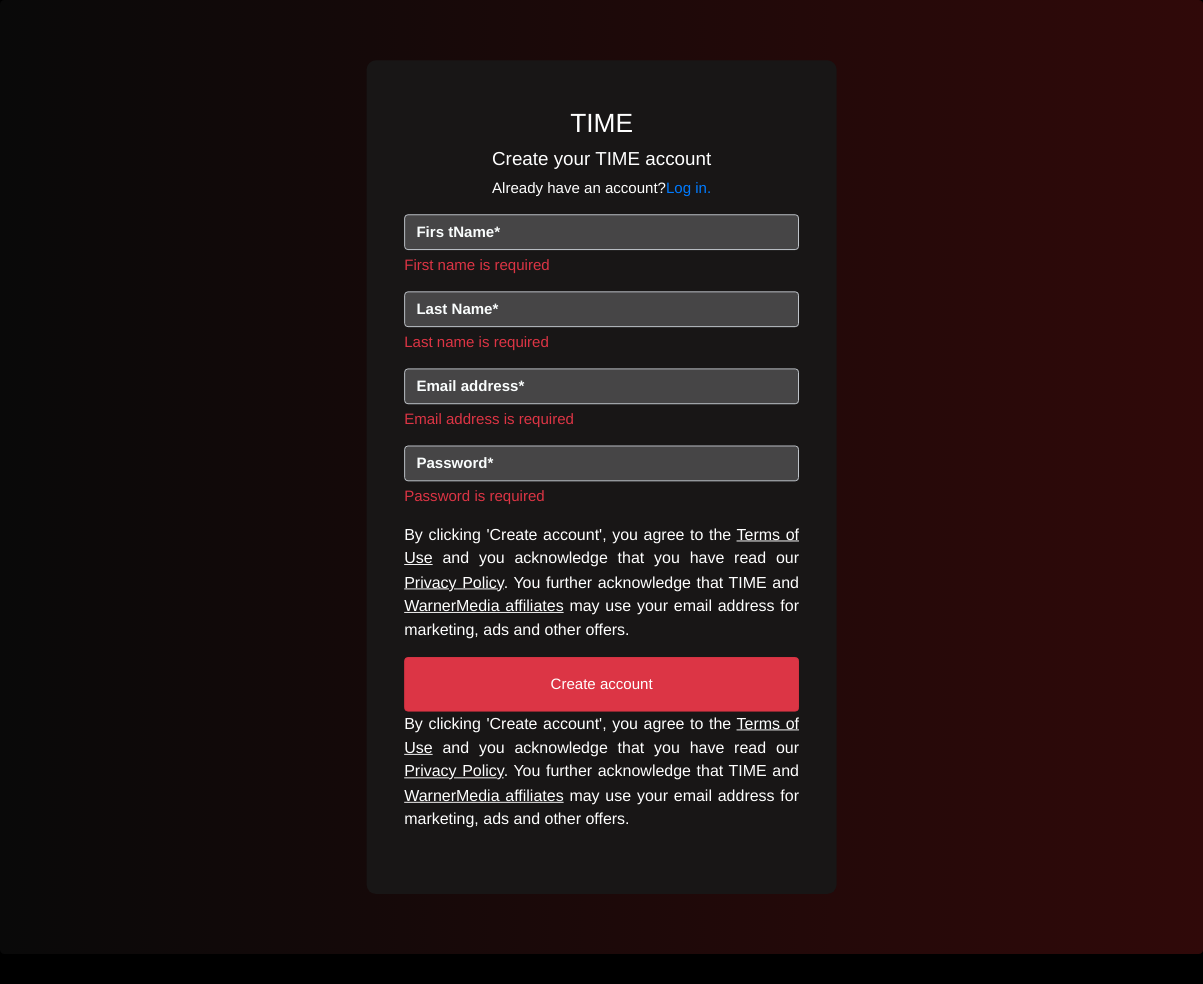
Repository: Vu14082002/WebTinTuc
Page: html/SignUp.html
An editor plug-in stored every save of this project. The page is shown before and after the next save, followed by the edit.
The browser window is 1280 px wide. The pictures show the whole page, at 94% of full size.
Some web libraries are served in a nearby version.

Above is the page before, as saved 2022-04-09 14:19:49.

### html/SignUp.html
<!DOCTYPE html>
<html lang="en">
<head>
    <meta charset="UTF-8">
    <meta http-equiv="X-UA-Compatible" content="IE=edge">
    <meta name="viewport" content="width=device-width, initial-scale=1.0">
    <title>Create a TIME account | TIME</title>
    <link
    rel="stylesheet"
    href="https://pro.fontawesome.com/releases/v5.10.0/css/all.css"
    integrity="sha384-AYmEC3Yw5cVb3ZcuHtOA93w35dYTsvhLPVnYs9eStHfGJvOvKxVfELGroGkvsg+p"
    crossorigin="anonymous"
  />
    <script src="../bootstrap-4/js/jquery-3.6.0.min.js"></script>
    <script src="../bootstrap-4/js/bootstrap.min.js"></script>
    <link rel="stylesheet" href="../bootstrap-4/css/bootstrap.min.css">
    <link rel="stylesheet" href="../css/index_Footer.css">
    <link rel="stylesheet" href="../css/init.css">
    <link rel="stylesheet" href="../css/index_Header.css">
    <link rel="stylesheet" href="../css/login.css">
    <link rel="stylesheet" href="../css/login.css">
    <link rel="icon" href="../Image/logo.png" type="image/gif" sizes="16x16">
</head>
<body>
    <div class="container-fluid jumbotron">
        <div class="box text-center">
            <h3>TIME</h3>
            <h5>Create your TIME account</h5>
            <p>Already have an account?<a href="../html/login.html">Log in.</a></p>
            <div class="form-group ">
                <input type="text" id="FirstName" placeholder="Firs tName*  " class="form-control  text-light "  required >
                <p class="text-left mt-1">
                    <span id="checkEmail"  class="checkLogin text-left text-right mb-2 text-danger" >First name is required</span>
                </p>
                <input type="text" id="LasttName" placeholder="Last Name* " class="form-control  text-light "  required >
                <p class="text-left mt-1">
                    <span id="checkEmail"  class="checkLogin text-left text-right mb-2 text-danger" >Last name is required</span>
                </p>
                <input type="text" id="email" placeholder="Email address* " onchange="checkPass()" class="form-control  text-light "  required >
                <p class="text-left mt-1">
                    <span id="checkEmail"  class="checkLogin text-left text-right mb-2 text-danger" >Email address is required <span>
                </p>
                <input type="password" id="pass"  placeholder="Password*" class="form-control text-light"  required>
                <p class="text-left mt-1">
                    <span id="checkEmail"  class="checkLogin text-left text-right mb-2 text-danger" >Password is required <span>
                </p>
                <p class=" text-justify">
                    By clicking 'Create account', you agree to the <a  class="theA" href="../html/TermsOfuse.html">Terms of Use</a> and you acknowledge that you have read our
                    <a  class="theA" href="https://www.warnermediaprivacy.com/policycenter/b2c/affiliateslist/">Privacy Policy</a>. You further acknowledge that TIME and <a  class="theA" href="../html/TermsOfuse.html">WarnerMedia affiliates</a> may use your email address for marketing,
                    ads and other offers.
                </p>
                <a href="../html/login.html"><button type="button" class="btn btn-danger w-100 p-3">Create account</button>  </a>
                <p class=" text-justify">
                    By clicking 'Create account', you agree to the <a  class="theA" href="../html/TermsOfuse.html">Terms of Use</a> and you acknowledge that you have read our
                    <a  class="theA" href="https://www.warnermediaprivacy.com/policycenter/b2c/affiliateslist/">Privacy Policy</a>. You further acknowledge that TIME and <a  class="theA" href="../html/TermsOfuse.html">WarnerMedia affiliates</a> may use your email address for marketing,
                    ads and other offers.
                </p>
            </div>

        </div>

    </div>
</body>
</html>

### css/index_Footer.css
footer {
    width: 100%;
    background-color: black;
}
.main{
    width: 85%;
    margin: 0 auto;
}
.main__top__search {
    padding-top: 60px;
    width: 100%;
}
.main__top__search >input {
    width: 100%;
    height: 35px;
    padding: 0 8px;
    border-radius: 3px ;
    outline: none;
}
.main__top__search1{
    display: flex;
    flex-direction: row-reverse;
    margin-top: -25px;
    margin-right: 10px;
    font-weight: bold;
    color: rgba(103, 85, 76,1);
    cursor: pointer;
}
.main__mid{
    margin: 35px 0px;
    margin-bottom: 40px;
}
.main__mid {
    display: flex;
    flex-wrap: wrap;
}
.main__mid > div {
    width: calc(100%/7);
    font-size: 14px;
    color: white;
    margin-bottom: 20px;

}
.main__mid > div  a {
    color: rgb(230 230 230);
    display: inline-block;
    margin-bottom: 8px;
}
.main__mid > div  > a {
    font-size: 16px;
    font-weight: 700;
    transition: 0.3s;
}
.main__mid > div  a:hover {
    text-decoration: underline;
    color: white;
}
.main__bottom {
    border-top: 1px solid rgb(230, 230, 230);
    display: flex;
    flex-direction: row-reverse;
    padding: 40px 0px;
}
.main__bottom > div > a, .main__bottom > div{
    width: 3%;
    max-width: 15%;
    margin: 5px;
    font-size: 25px;
    color: rgb(230, 230, 230)
}
.main__bottom > div >a :hover{
    color: white;
}
.main__bottom > div:last-child{
    font-weight: bold;
    font-size: 20px;
    text-align: center;
    width: 20%;
    margin-right: 10px;
    border-right: 1px solid rgb(230, 230, 230) ;
}

### css/init.css
* {
    font-family: Helvetica, Helvetica, Arial, sans-serif;
    box-sizing: border-box;
    list-style-type: none;
    margin: 0;
    padding: 0;
    text-decoration:  none;
  }

### css/index_Header.css
/* HEADER */
header{
    position: sticky; top: 0;
}
.gif {
  background-color: #262626;
  width: 100%;
  height: 300px;
  padding: 25px;
  text-align: center;
  margin-top: 0px;

}
 .gif > img {
    display: inline-block;
    margin: 0 auto;
}
header > section {
  border-bottom: 1px solid rgb(230 230 230);

  width: 100%;
  background-color: #0c0c0c;
  display: flex;
  height: 56px;
}
header > section > nav {
    display: flex;
    /* border-bottom: 1px solid white; */
    width: 85%;
    margin:0  auto ;

}
header > section > nav > ul:first-child{
    width: 80%;
    display: flex;
}
header > section > nav > ul:last-child{
    display: flex;
    flex-direction:  row-reverse;
    width: 20%;
}

header > section > nav> ul > li{
    max-width: 300px;
}
/* paddingMenu */
header > section > nav> ul> li:first-child{
    background: #CC0000;
    padding-bottom: 55px;
}
header > section > nav> ul > li > a {
    font-size: 16px;
    text-decoration:  none;
    display: block;
    padding: 18px;
    color: #e4dfd7;
}
header > section > nav> ul > li:first-child > a{
    color: white;
}
header > section > nav> ul > li > a:hover{
    color: white;
}

### css/login.css
body{
    background-color: black;
}
.container-fluid{
    background-image: linear-gradient(to right, #090909 , #300909);
    border-radius: none;
}
.box{
    width: 500px;
    margin: 0 auto;
    background-color: #181616;
    padding: 50px 40px;
        color: white;
    border-radius: 10px;
}
.box input[type="text"],.box input[type="password"]{
    background-color: #464546;
}
.checkLogin{
    color: rgb(207, 90, 90);
}
.box ::placeholder {
    font-weight: 700;
    color: #fafdfd;
    opacity: 1; /* Firefox */
}
.box  :-ms-input-placeholder { /* Internet Explorer 10-11 */
    color: #fafdfd;
}
.box ::-ms-input-placeholder { /* Microsoft Edge */
    color: #fafdfd;
}
.box input:focus{
    color: #fafdfd;
}
.search{
    margin-top: -3px;
}
button > a{
    text-decoration: none;
    color: white;
}
.theA{
    color: white;
    text-decoration:underline;
}
.theA:hover{
    color: #d7d8d8;
}
.text-justify{
    font-size: 17px;
}

Loaded but not shown: bootstrap-4/js/jquery-3.6.0.min.js (library); bootstrap-4/js/bootstrap.min.js (library); bootstrap-4/css/bootstrap.min.css (library)

After the next save:
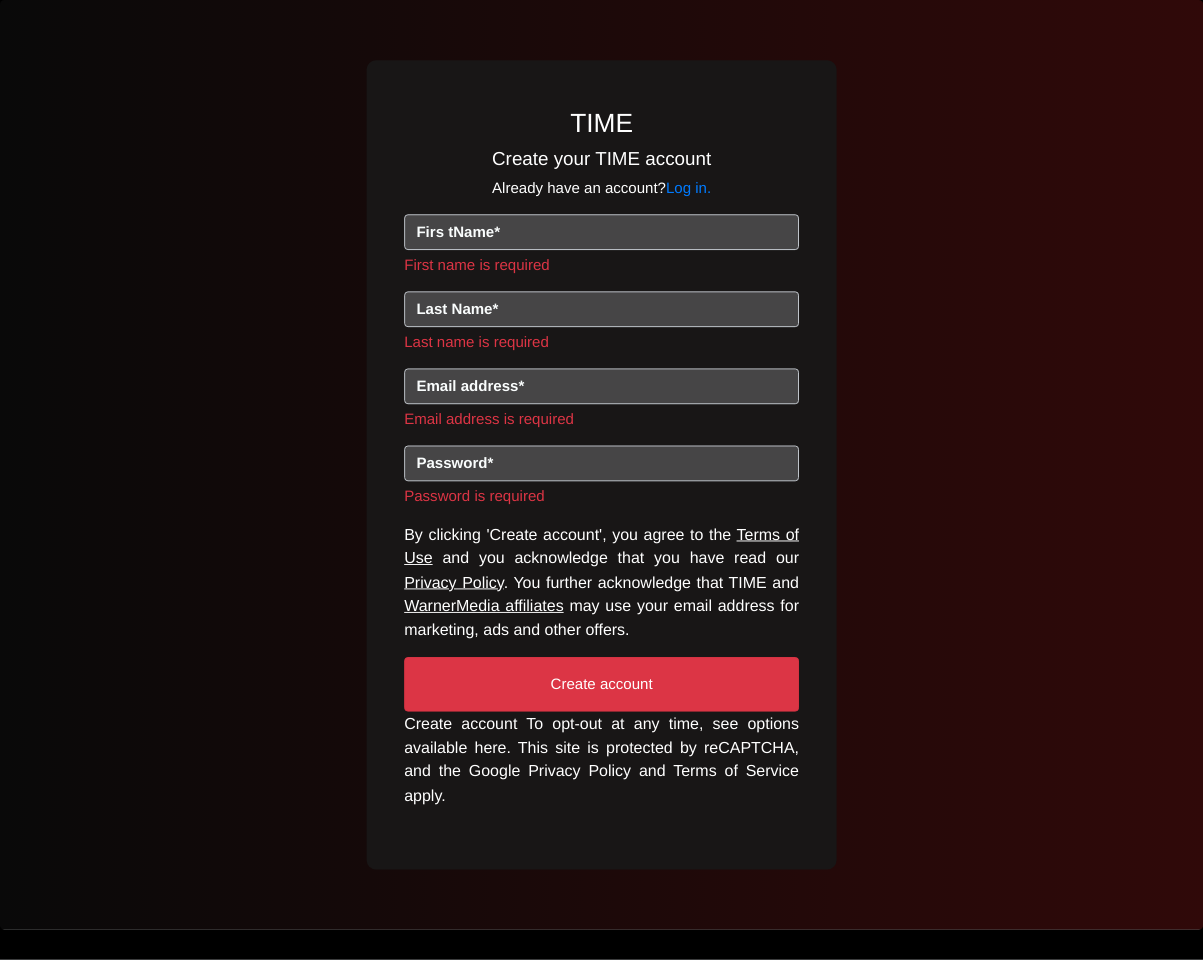
Saved 9 s later.
--- a/html/SignUp.html
+++ b/html/SignUp.html
@@ -51,9 +51,8 @@
                 </p>
                 <a href="../html/login.html"><button type="button" class="btn btn-danger w-100 p-3">Create account</button>  </a>
                 <p class=" text-justify">
-                    By clicking 'Create account', you agree to the <a  class="theA" href="../html/TermsOfuse.html">Terms of Use</a> and you acknowledge that you have read our
-                    <a  class="theA" href="https://www.warnermediaprivacy.com/policycenter/b2c/affiliateslist/">Privacy Policy</a>. You further acknowledge that TIME and <a  class="theA" href="../html/TermsOfuse.html">WarnerMedia affiliates</a> may use your email address for marketing,
-                    ads and other offers.
+                    Create account
+                    To opt-out at any time, see options available here. This site is protected by reCAPTCHA, and the Google Privacy Policy and Terms of Service apply.
                 </p>
             </div>
 
